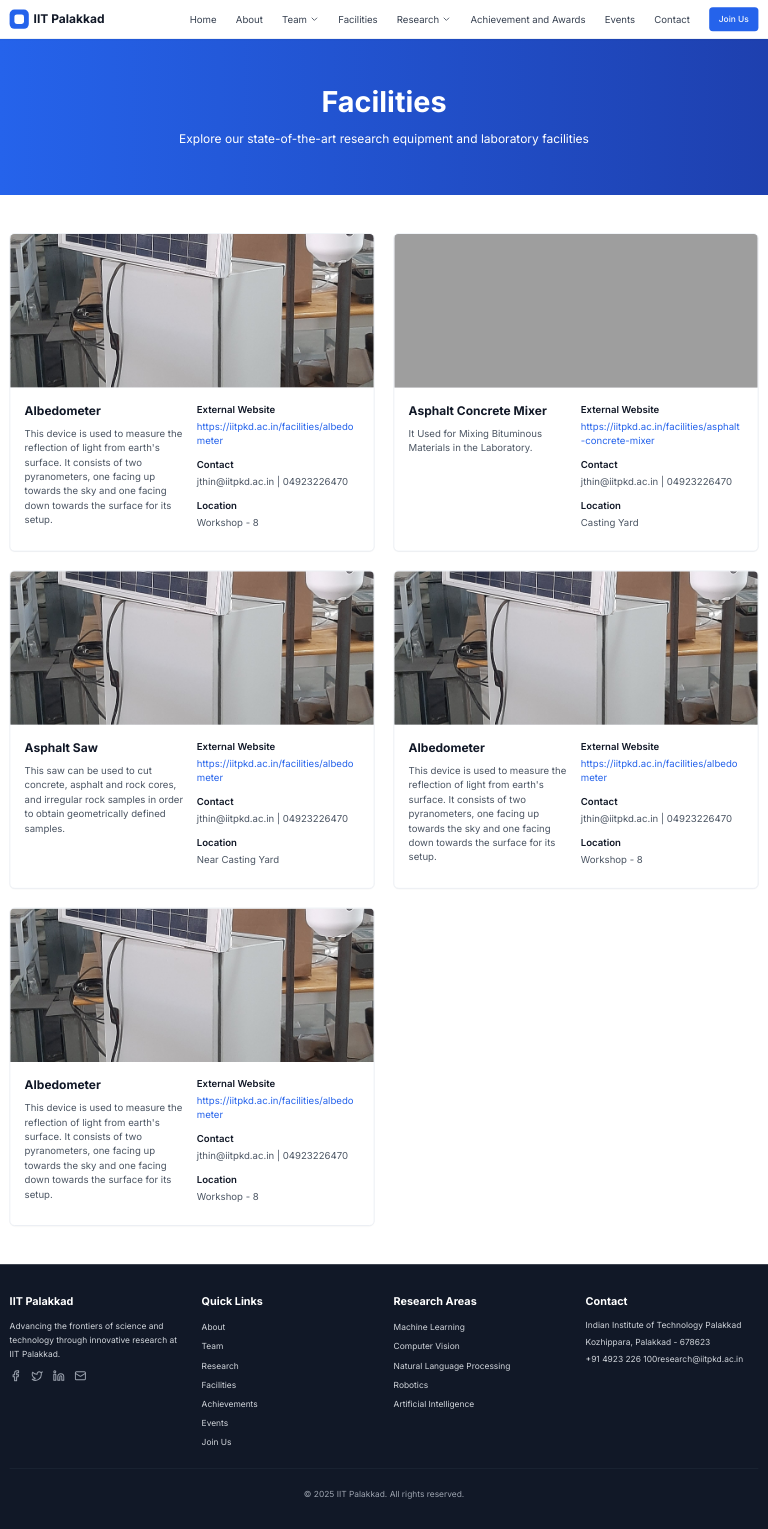
Repository: Gopikrish-30/ARISE
Page: /facilities
The author's editor kept a copy of each file at every save. The page is drawn from the files as they stood at one save, then again after a run of saves.
The browser window is 1280 px wide. The pictures show the whole page, at 60% of full size.
Pictures or frames that could not be fetched are drawn as grey boxes. The project was rebuilt for these pictures with package versions that can differ from the ones it lists, and the page was loaded fresh each time. The framework's server and built-in components were replaced by stand-ins that run in the browser. Also part of the build but not shown: next.config.mjs.

Above is the page before, as saved 2025-06-27 22:45:54.

### app/layout.tsx
import type React from "react"
import type { Metadata } from "next"
import { Inter } from "next/font/google"
import "./globals.css"
import { Navbar } from "@/components/navbar"
import { Footer } from "@/components/footer"

const inter = Inter({ subsets: ["latin"] })

export const metadata: Metadata = {
  title: "IIT Palakkad - Department Showcase",
  description: "Advancing the frontiers of science and technology through innovative research at IIT Palakkad",
}

export default function RootLayout({
  children,
}: {
  children: React.ReactNode
}) {
  return (
    <html lang="en">
      <body className={inter.className}>
        <Navbar />
        <main className="min-h-screen">{children}</main>
        <Footer />
      </body>
    </html>
  )
}

### app/facilities/page.tsx
"use client"

import { Button } from "@/components/ui/button"
import { Card, CardContent } from "@/components/ui/card"
import { Badge } from "@/components/ui/badge"
import { Eye } from "lucide-react"
import { useState } from "react"

export default function FacilitiesPage() {
  const facilities = [
    {
      title: "Albedometer",
      description: "This device is used to measure the reflection of light from earth's surface. It consists of two pyranometers, one facing up towards the sky and one facing down towards the surface for its setup.",
      image: "/facilities/Albedometer_0.jpg?height=250&width=400&text=HPC+Cluster",
      externalLink: "https://iitpkd.ac.in/facilities/albedometer",
      contact: "jthin@iitpkd.ac.in | 04923226470",
      location: "Workshop - 8",
    },

    {
      title: "Asphalt Concrete Mixer",
      description: "It Used for Mixing Bituminous Materials in the Laboratory.",
      image: "/facilities/Asphalt-concrete-mixer.jpg.jpg?height=250&width=400&text=HPC+Cluster",
      externalLink: "https://iitpkd.ac.in/facilities/asphalt-concrete-mixer",
      contact: "jthin@iitpkd.ac.in | 04923226470",
      location: "Casting Yard",
    },

    {
      title: "Asphalt Saw",
      description: "This saw can be used to cut concrete, asphalt and rock cores, and irregular rock samples in order to obtain geometrically defined samples.",
      image: "/facilities/Albedometer_0.jpg?height=250&width=400&text=HPC+Cluster",
      externalLink: "https://iitpkd.ac.in/facilities/albedometer",
      contact: "jthin@iitpkd.ac.in | 04923226470",
      location: "Near Casting Yard",
    },

    {
      title: "Albedometer",
      description: "This device is used to measure the reflection of light from earth's surface. It consists of two pyranometers, one facing up towards the sky and one facing down towards the surface for its setup.",
      image: "/facilities/Albedometer_0.jpg?height=250&width=400&text=HPC+Cluster",
      externalLink: "https://iitpkd.ac.in/facilities/albedometer",
      contact: "jthin@iitpkd.ac.in | 04923226470",
      location: "Workshop - 8",
    },

    {
      title: "Albedometer",
      description: "This device is used to measure the reflection of light from earth's surface. It consists of two pyranometers, one facing up towards the sky and one facing down towards the surface for its setup.",
      image: "/facilities/Albedometer_0.jpg?height=250&width=400&text=HPC+Cluster",
      externalLink: "https://iitpkd.ac.in/facilities/albedometer",
      contact: "jthin@iitpkd.ac.in | 04923226470",
      location: "Workshop - 8",
    },

  ]

  // Removed categories and filtering as per user request


  const handleViewDetails = (facility: any) => {
    // Navigate to detailed facility page or open modal
    window.location.href = `/facilities/${facility.title.toLowerCase().replace(/\s+/g, "-")}`
  }

  const handleBookFacility = (facility: any) => {
    // Open booking form or navigate to booking page
    const subject = encodeURIComponent(`Facility Booking Request - ${facility.title}`)
    const body = encodeURIComponent(
      `I would like to book the ${facility.title} facility.\n\nDetails:\n- Purpose: \n- Date: \n- Duration: \n\nBest regards,`,
    )
    window.location.href = `mailto:facilities@iitpkd.ac.in?subject=${subject}&body=${body}`
  }

  const filteredFacilities = facilities

  return (
    <div className="bg-white min-h-screen">
      {/* Hero Section */}
      <section className="bg-gradient-to-r from-blue-600 to-blue-800 text-white py-20">
        <div className="container mx-auto px-4 text-center">
          <h1 className="text-4xl md:text-5xl font-bold mb-6">Facilities</h1>
          <p className="text-xl max-w-3xl mx-auto">
            Explore our state-of-the-art research equipment and laboratory facilities
          </p>
        </div>
      </section>

      {/* Facilities Content */}
      <section className="py-16">
        <div className="container mx-auto px-4">


          {/* Facilities Grid */}
          <div className="grid md:grid-cols-2 gap-8">
            {filteredFacilities.map((facility, index) => (
              <Card key={index} className="overflow-hidden group hover:shadow-lg transition-shadow">
                <div className="h-64 bg-gray-200 relative overflow-hidden">
                  <a href={facility.image || "/placeholder.svg"} target="_blank" rel="noopener noreferrer">
                    <img
                      src={facility.image || "/placeholder.svg"}
                      alt={facility.title}
                      className="w-full h-full object-cover group-hover:scale-110 transition-transform duration-300"
                    />
                  </a>
                </div>

                  <CardContent className="p-6 grid grid-cols-1 md:grid-cols-2 gap-4">
                    <div>
                      <h3 className="text-xl font-bold text-gray-900 mb-3">{facility.title}</h3>
                      <p className="text-gray-600 mb-4">{facility.description}</p>



                    </div>

                    <div className="space-y-4">
                      <div>
                        <h4 className="font-semibold text-gray-900 mb-1">External Website</h4>
                        <a
                          href={facility.externalLink}
                          target="_blank"
                          rel="noopener noreferrer"
                          className="text-blue-600 hover:underline break-all"
                        >
                          {facility.externalLink}
                        </a>
                      </div>

                      <div>
                        <h4 className="font-semibold text-gray-900 mb-1">Contact</h4>
                        <p className="text-gray-600 break-all">{facility.contact}</p>
                      </div>

                      <div>
                        <h4 className="font-semibold text-gray-900 mb-1">Location</h4>
                        <p className="text-gray-600">{facility.location}</p>
                      </div>
                  </div>
                </CardContent>
              </Card>
            ))}
          </div>
        </div>
      </section>
    </div>
  )
}

### app/globals.css
@tailwind base;
@tailwind components;
@tailwind utilities;

@layer base {
  :root {
    --background: 0 0% 100%;
    --foreground: 222.2 84% 4.9%;
    --card: 0 0% 100%;
    --card-foreground: 222.2 84% 4.9%;
    --popover: 0 0% 100%;
    --popover-foreground: 222.2 84% 4.9%;
    --primary: 221.2 83.2% 53.3%;
    --primary-foreground: 210 40% 98%;
    --secondary: 210 40% 96%;
    --secondary-foreground: 222.2 84% 4.9%;
    --muted: 210 40% 96%;
    --muted-foreground: 215.4 16.3% 46.9%;
    --accent: 210 40% 96%;
    --accent-foreground: 222.2 84% 4.9%;
    --destructive: 0 84.2% 60.2%;
    --destructive-foreground: 210 40% 98%;
    --border: 214.3 31.8% 91.4%;
    --input: 214.3 31.8% 91.4%;
    --ring: 221.2 83.2% 53.3%;
    --radius: 0.5rem;
  }

  .dark {
    --background: 222.2 84% 4.9%;
    --foreground: 210 40% 98%;
    --card: 222.2 84% 4.9%;
    --card-foreground: 210 40% 98%;
    --popover: 222.2 84% 4.9%;
    --popover-foreground: 210 40% 98%;
    --primary: 217.2 91.2% 59.8%;
    --primary-foreground: 222.2 84% 4.9%;
    --secondary: 217.2 32.6% 17.5%;
    --secondary-foreground: 210 40% 98%;
    --muted: 217.2 32.6% 17.5%;
    --muted-foreground: 215 20.2% 65.1%;
    --accent: 217.2 32.6% 17.5%;
    --accent-foreground: 210 40% 98%;
    --destructive: 0 62.8% 30.6%;
    --destructive-foreground: 210 40% 98%;
    --border: 217.2 32.6% 17.5%;
    --input: 217.2 32.6% 17.5%;
    --ring: 224.3 76.3% 94.1%;
  }
}

@layer base {
  * {
    @apply border-border;
  }
  body {
    @apply bg-background text-foreground;
  }
}

@layer utilities {
  .line-clamp-3 {
    display: -webkit-box;
    -webkit-line-clamp: 3;
    -webkit-box-orient: vertical;
    overflow: hidden;
  }
}

### components/footer.tsx
"use client"

import Link from "next/link"
import { Facebook, Twitter, Linkedin, Mail } from "lucide-react"

export function Footer() {
  const handleSocialClick = (platform: string) => {
    const socialLinks = {
      facebook: "https://facebook.com/iitpalakkad",
      twitter: "https://twitter.com/iitpalakkad",
      linkedin: "https://linkedin.com/school/iit-palakkad",
      email: "mailto:info@iitpkd.ac.in",
    }

    if (platform === "email") {
      window.location.href = socialLinks.email
    } else {
      window.open(socialLinks[platform], "_blank", "noopener,noreferrer")
    }
  }

  return (
    <footer className="bg-gray-900 text-white">
      <div className="container mx-auto px-4 py-12">
        <div className="grid md:grid-cols-4 gap-8">
          {/* About */}
          <div>
            <h3 className="text-lg font-bold mb-4">IIT Palakkad</h3>
            <p className="text-gray-300 text-sm leading-relaxed mb-4">
              Advancing the frontiers of science and technology through innovative research at IIT Palakkad.
            </p>
            <div className="flex space-x-4">
              <Facebook
                className="w-5 h-5 text-gray-400 hover:text-white cursor-pointer transition-colors"
                onClick={() => handleSocialClick("facebook")}
              />
              <Twitter
                className="w-5 h-5 text-gray-400 hover:text-white cursor-pointer transition-colors"
                onClick={() => handleSocialClick("twitter")}
              />
              <Linkedin
                className="w-5 h-5 text-gray-400 hover:text-white cursor-pointer transition-colors"
                onClick={() => handleSocialClick("linkedin")}
              />
              <Mail
                className="w-5 h-5 text-gray-400 hover:text-white cursor-pointer transition-colors"
                onClick={() => handleSocialClick("email")}
              />
            </div>
          </div>

          {/* Quick Links */}
          <div>
            <h3 className="text-lg font-bold mb-4">Quick Links</h3>
            <ul className="space-y-2">
              <li>
                <Link href="/about" className="text-gray-300 hover:text-white text-sm">
                  About
                </Link>
              </li>
              <li>
                <Link href="/team" className="text-gray-300 hover:text-white text-sm">
                  Team
                </Link>
              </li>
              <li>
                <Link href="/research" className="text-gray-300 hover:text-white text-sm">
                  Research
                </Link>
              </li>
              <li>
                <Link href="/facilities" className="text-gray-300 hover:text-white text-sm">
                  Facilities
                </Link>
              </li>
              <li>
                <Link href="/achievements" className="text-gray-300 hover:text-white text-sm">
                  Achievements
                </Link>
              </li>
              <li>
                <Link href="/events" className="text-gray-300 hover:text-white text-sm">
                  Events
                </Link>
              </li>
              <li>
                <Link href="/join-us" className="text-gray-300 hover:text-white text-sm">
                  Join Us
                </Link>
              </li>
            </ul>
          </div>

          {/* Research Areas */}
          <div>
            <h3 className="text-lg font-bold mb-4">Research Areas</h3>
            <ul className="space-y-2">
              <li>
                <span className="text-gray-300 text-sm">Machine Learning</span>
              </li>
              <li>
                <span className="text-gray-300 text-sm">Computer Vision</span>
              </li>
              <li>
                <span className="text-gray-300 text-sm">Natural Language Processing</span>
              </li>
              <li>
                <span className="text-gray-300 text-sm">Robotics</span>
              </li>
              <li>
                <span className="text-gray-300 text-sm">Artificial Intelligence</span>
              </li>
            </ul>
          </div>

          {/* Contact */}
          <div>
            <h3 className="text-lg font-bold mb-4">Contact</h3>
            <div className="space-y-2 text-sm text-gray-300">
              <p>Indian Institute of Technology Palakkad</p>
              <p>Kozhippara, Palakkad - 678623</p>
              <button
                onClick={() => (window.location.href = "tel:+914923226100")}
                className="hover:text-white transition-colors cursor-pointer"
              >
                +91 4923 226 100
              </button>
              <button
                onClick={() => (window.location.href = "mailto:research@iitpkd.ac.in")}
                className="hover:text-white transition-colors cursor-pointer"
              >
                research@iitpkd.ac.in
              </button>
            </div>
          </div>
        </div>

        <div className="border-t border-gray-800 mt-8 pt-8 text-center">
          <p className="text-gray-400 text-sm">© {new Date().getFullYear()} IIT Palakkad. All rights reserved.</p>
        </div>
      </div>
    </footer>
  )
}

### components/ui/card.tsx
import * as React from "react"

import { cn } from "@/lib/utils"

const Card = React.forwardRef<
  HTMLDivElement,
  React.HTMLAttributes<HTMLDivElement>
>(({ className, ...props }, ref) => (
  <div
    ref={ref}
    className={cn(
      "rounded-lg border bg-card text-card-foreground shadow-sm",
      className
    )}
    {...props}
  />
))
Card.displayName = "Card"

const CardHeader = React.forwardRef<
  HTMLDivElement,
  React.HTMLAttributes<HTMLDivElement>
>(({ className, ...props }, ref) => (
  <div
    ref={ref}
    className={cn("flex flex-col space-y-1.5 p-6", className)}
    {...props}
  />
))
CardHeader.displayName = "CardHeader"

const CardTitle = React.forwardRef<
  HTMLDivElement,
  React.HTMLAttributes<HTMLDivElement>
>(({ className, ...props }, ref) => (
  <div
    ref={ref}
    className={cn(
      "text-2xl font-semibold leading-none tracking-tight",
      className
    )}
    {...props}
  />
))
CardTitle.displayName = "CardTitle"

const CardDescription = React.forwardRef<
  HTMLDivElement,
  React.HTMLAttributes<HTMLDivElement>
>(({ className, ...props }, ref) => (
  <div
    ref={ref}
    className={cn("text-sm text-muted-foreground", className)}
    {...props}
  />
))
CardDescription.displayName = "CardDescription"

const CardContent = React.forwardRef<
  HTMLDivElement,
  React.HTMLAttributes<HTMLDivElement>
>(({ className, ...props }, ref) => (
  <div ref={ref} className={cn("p-6 pt-0", className)} {...props} />
))
CardContent.displayName = "CardContent"

const CardFooter = React.forwardRef<
  HTMLDivElement,
  React.HTMLAttributes<HTMLDivElement>
>(({ className, ...props }, ref) => (
  <div
    ref={ref}
    className={cn("flex items-center p-6 pt-0", className)}
    {...props}
  />
))
CardFooter.displayName = "CardFooter"

export { Card, CardHeader, CardFooter, CardTitle, CardDescription, CardContent }

### components/ui/button.tsx
import * as React from "react"
import { Slot } from "@radix-ui/react-slot"
import { cva, type VariantProps } from "class-variance-authority"

import { cn } from "@/lib/utils"

const buttonVariants = cva(
  "inline-flex items-center justify-center gap-2 whitespace-nowrap rounded-md text-sm font-medium ring-offset-background transition-colors focus-visible:outline-none focus-visible:ring-2 focus-visible:ring-ring focus-visible:ring-offset-2 disabled:pointer-events-none disabled:opacity-50 [&_svg]:pointer-events-none [&_svg]:size-4 [&_svg]:shrink-0",
  {
    variants: {
      variant: {
        default: "bg-primary text-primary-foreground hover:bg-primary/90",
        destructive:
          "bg-destructive text-destructive-foreground hover:bg-destructive/90",
        outline:
          "border border-input bg-background hover:bg-accent hover:text-accent-foreground",
        secondary:
          "bg-secondary text-secondary-foreground hover:bg-secondary/80",
        ghost: "hover:bg-accent hover:text-accent-foreground",
        link: "text-primary underline-offset-4 hover:underline",
      },
      size: {
        default: "h-10 px-4 py-2",
        sm: "h-9 rounded-md px-3",
        lg: "h-11 rounded-md px-8",
        icon: "h-10 w-10",
      },
    },
    defaultVariants: {
      variant: "default",
      size: "default",
    },
  }
)

export interface ButtonProps
  extends React.ButtonHTMLAttributes<HTMLButtonElement>,
    VariantProps<typeof buttonVariants> {
  asChild?: boolean
}

const Button = React.forwardRef<HTMLButtonElement, ButtonProps>(
  ({ className, variant, size, asChild = false, ...props }, ref) => {
    const Comp = asChild ? Slot : "button"
    return (
      <Comp
        className={cn(buttonVariants({ variant, size, className }))}
        ref={ref}
        {...props}
      />
    )
  }
)
Button.displayName = "Button"

export { Button, buttonVariants }

Loaded but not shown: lib/utils.ts (common file); tailwind.config.ts (common file); components/ui/dropdown-menu.tsx (200 lines, source omitted); components/navbar.tsx (136 lines, source omitted)

After the next 11 saves:
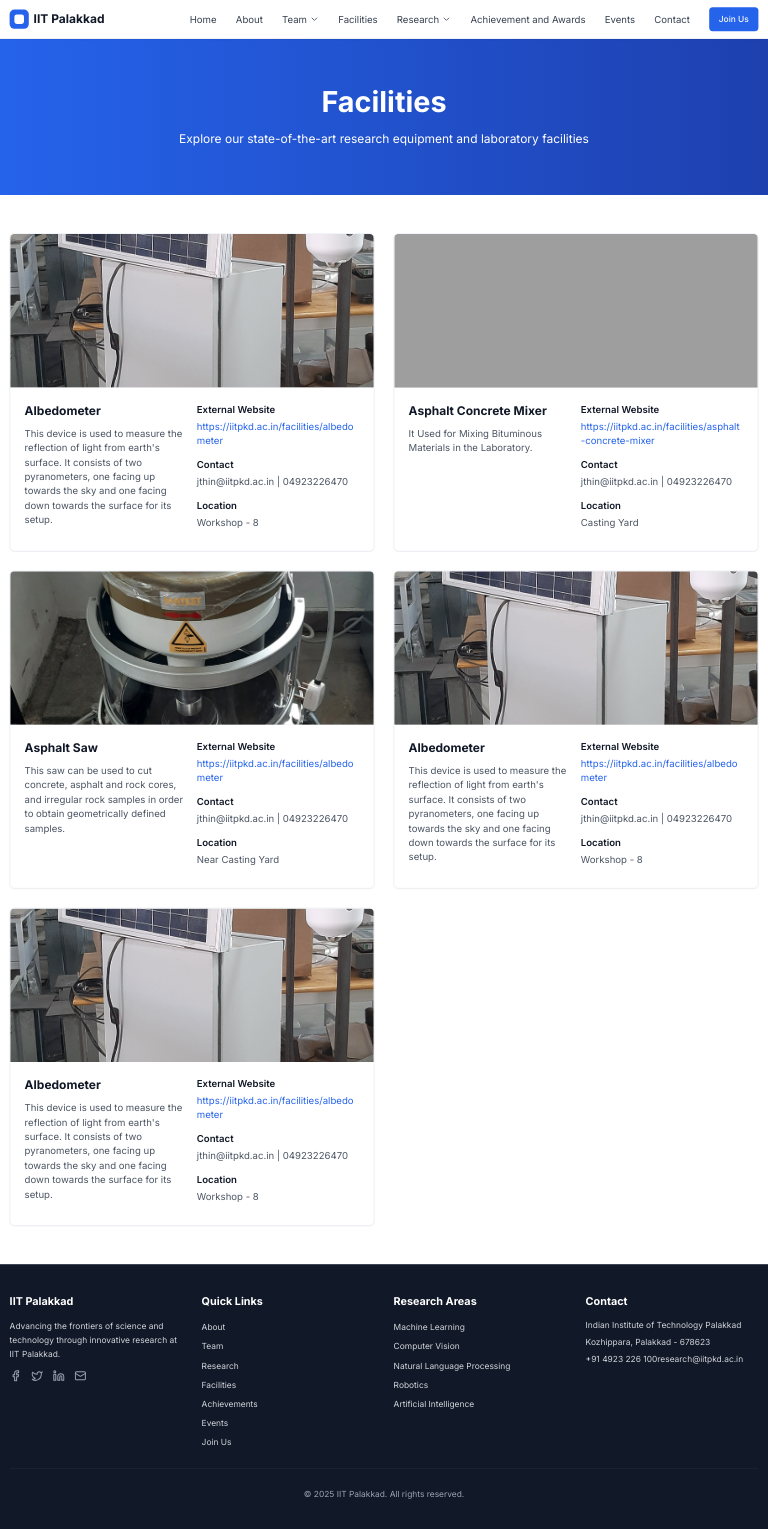
The 11 saves are shown as one change because they came seconds apart.
The last was saved 37 s later.
--- a/app/facilities/page.tsx
+++ b/app/facilities/page.tsx
@@ -29,7 +29,7 @@
     {
       title: "Asphalt Saw",
       description: "This saw can be used to cut concrete, asphalt and rock cores, and irregular rock samples in order to obtain geometrically defined samples.",
-      image: "/facilities/Albedometer_0.jpg?height=250&width=400&text=HPC+Cluster",
+      image: "/facilities/Asphalt-concrete-mixer.jpg?height=250&width=400&text=HPC+Cluster",
       externalLink: "https://iitpkd.ac.in/facilities/albedometer",
       contact: "jthin@iitpkd.ac.in | 04923226470",
       location: "Near Casting Yard",
